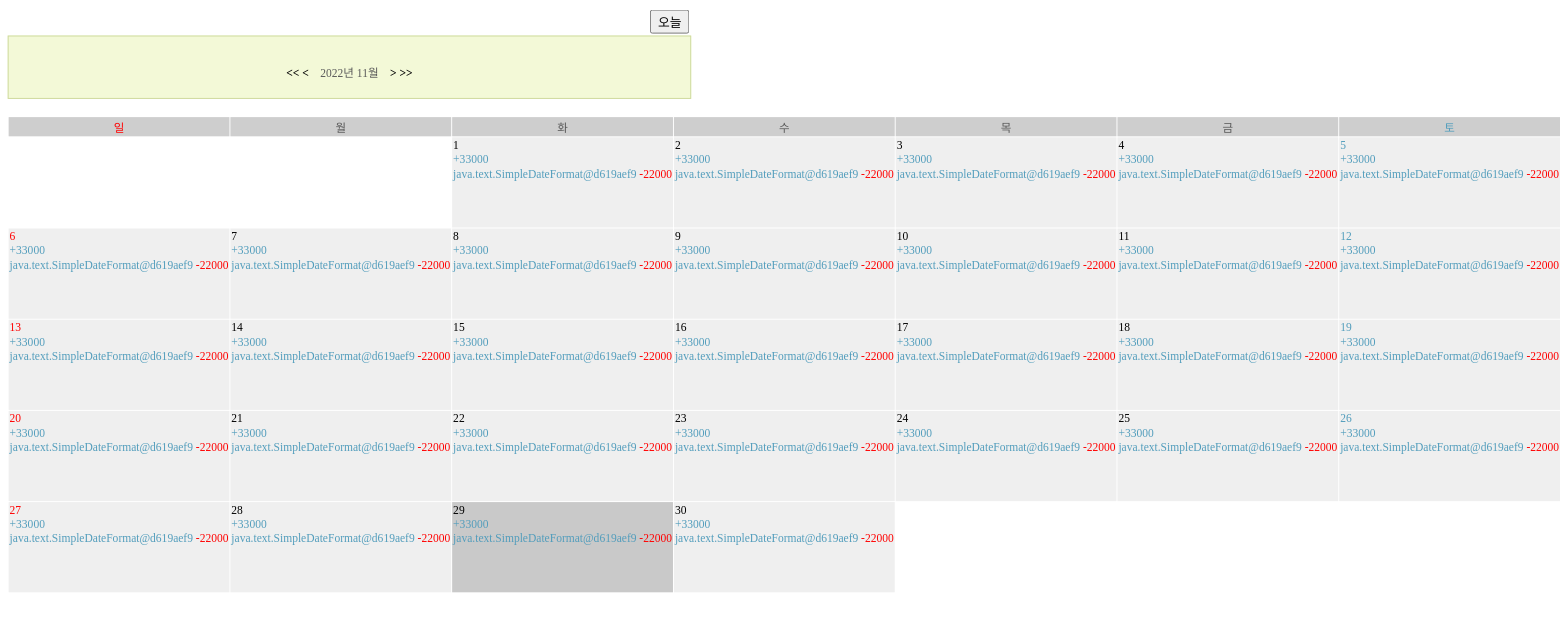
Repository: Hugh-KR/AccountBook
Page: http://localhost/Account_Book/CalendarExam2.jsp
An editor plug-in stored every save of this project. The page is shown before and after the next save, followed by the edit.
The browser window is 1280 px wide. The page is 1626 px wide, then 1280 px, so the pictures cover 1626 px, including what lies to the right of the window. The pictures show the whole page, at 96% of full size.
The page is served by Tomcat 9. Nobody is signed in. The application's start-up code is not run.

Above is the page before, as saved 2022-11-30 08:07:34.

After the next save:
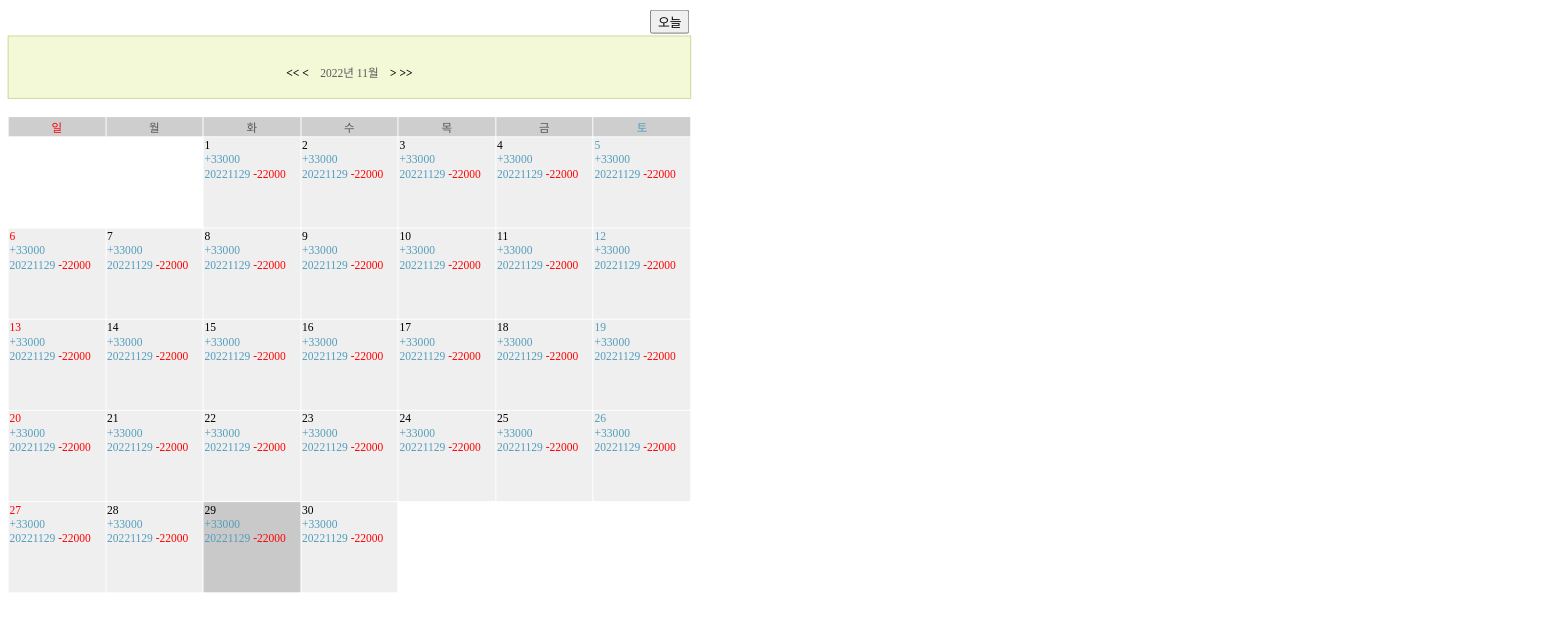
Saved 57 s later.
--- a/Account_Book/src/main/webapp/CalendarExam2.jsp
+++ b/Account_Book/src/main/webapp/CalendarExam2.jsp
@@ -206,7 +206,7 @@ for(int index = 1; index <= endDay; index++)
 	out.println("<BR>");
 	out.println("<font color='#529dbc'>+33000");
 	out.println("<BR>");
-	out.println(sdf);
+	out.println(intToday);
 	out.println("<font color='red'>-22000");
 	out.println("<BR>");
 
